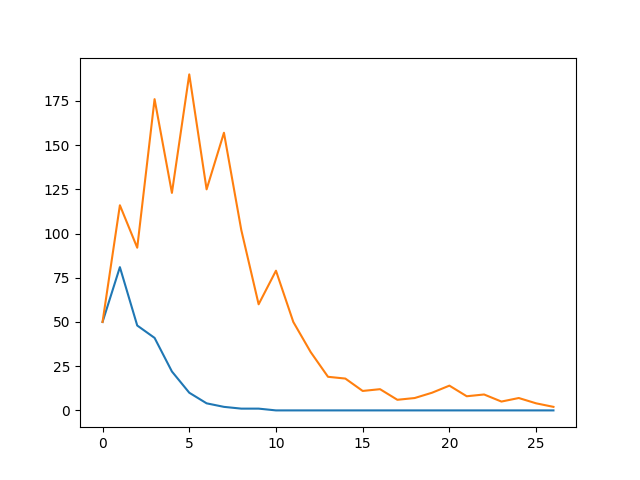
Repository: PatLaCisay/python-hawkdove-master
Script's output: python hawkdove.py
An editor plug-in stored every save of this project. The script's output is shown before and after the next save, followed by the edit.
Random numbers start from a fixed seed.

Above is the script's output before, as saved 2023-03-07 11:57:07.

After the next save:
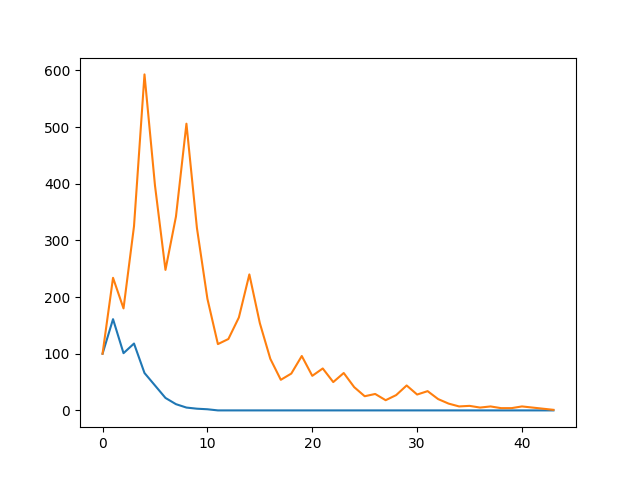
Saved 41 s later.
--- a/hawkdove.py
+++ b/hawkdove.py
@@ -3,8 +3,8 @@ from random import choice, randint
 from time import perf_counter
 from pylab import plot, show
 
-STARTING_DOVES = 50
-STARTING_HAWKS = 50
+STARTING_DOVES = 100
+STARTING_HAWKS = 100
 STARTING_POPULATION = STARTING_HAWKS + STARTING_DOVES
 
 ROUNDS = 100
